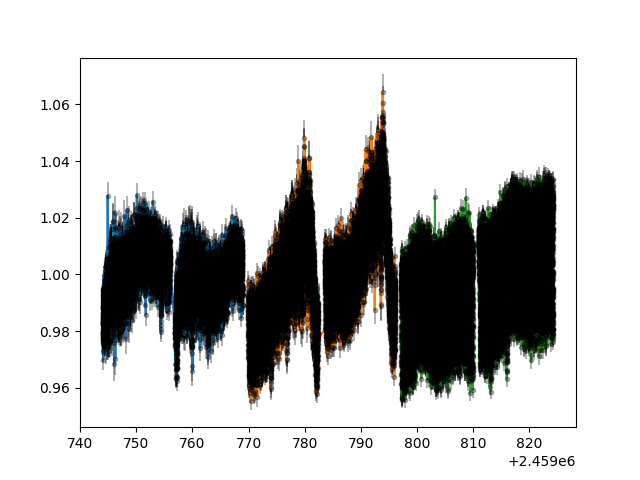
Repository: BoiseStatePlanetary/HAT-P-37-Transit-Timing-Analysis
Script's output: python code/tess_fitting.py
An editor plug-in stored every save of this project. The script's output is shown before and after a run of saves, followed by the edit.
Random numbers start from a fixed seed.

Above is the script's output before, as saved 2025-04-04 17:53:22.

After the next 2 saves:
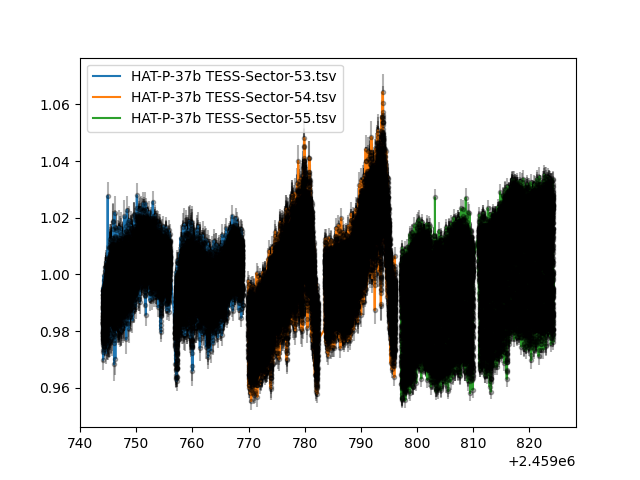
The 2 saves are shown as one change because they came seconds apart.
The last was saved 9 s later.
--- a/code/tess_fitting.py
+++ b/code/tess_fitting.py
@@ -32,4 +32,5 @@ if __name__ == "__main__":
     plot_data(name_53)
     plot_data(name_54)
     plot_data(name_55)
+    plt.legend()
     plt.show()
